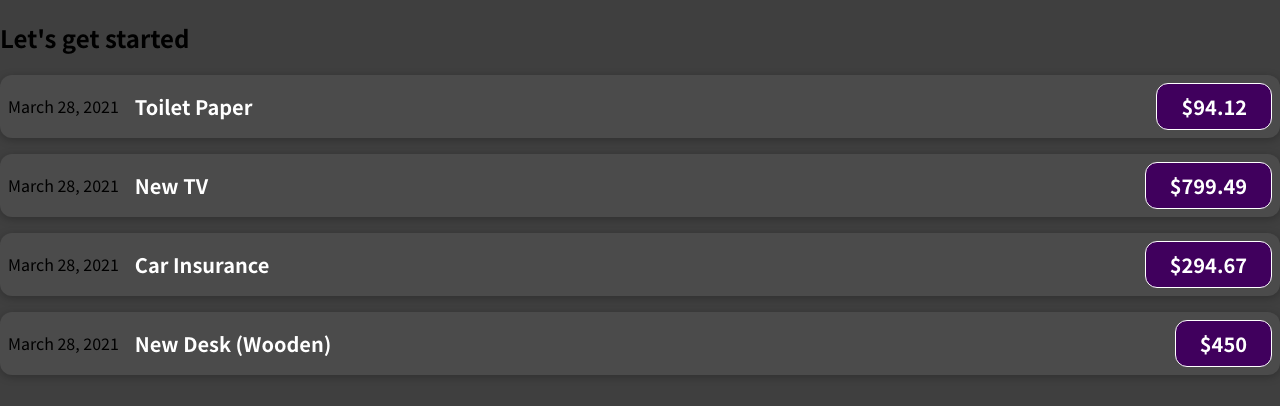
Repository: runner855/expense-tracker
Page: /
An editor plug-in stored every save of this project. The page is shown before and after a run of saves, followed by the edit.
The browser window is 1280 px wide. The pictures show the whole page.
The project was rebuilt for these pictures with package versions that can differ from the ones it lists, and the page was loaded fresh each time.

Above is the page before, as saved 2022-09-02 12:09:30.

### src/index.js
import React from 'react';
import ReactDOM from 'react-dom/client';
import './styles/index.css';
import App from './components/App';

const root = ReactDOM.createRoot(document.getElementById('root'));
root.render(
  <React.StrictMode>
    <App />
  </React.StrictMode>
);

### src/components/App.js
import React from 'react';
import ExpenseItem from '../components/ExpenseItem';


const App = () => {


  const expenses = [
    {
      id: 'e1',
      title: 'Toilet Paper',
      amount: 94.12,
      date: new Date(2020, 7, 14),
    },
    { id: 'e2', title: 'New TV', amount: 799.49, date: new Date(2021, 2, 12) },
    {
      id: 'e3',
      title: 'Car Insurance',
      amount: 294.67,
      date: new Date(2021, 2, 28),
    },
    {
      id: 'e4',
      title: 'New Desk (Wooden)',
      amount: 450,
      date: new Date(2021, 5, 12),
    },
  ];

  return (
    <div className="App">
      <h2>Let's get started</h2>
      <ExpenseItem title={expenses[0].title} amount={expenses[0].amount} date={expenses[0].date} />
      <ExpenseItem title={expenses[1].title} amount={expenses[1].amount} date={expenses[1].date} />
      <ExpenseItem title={expenses[2].title} amount={expenses[2].amount} date={expenses[2].date} />
      <ExpenseItem title={expenses[3].title} amount={expenses[3].amount} date={expenses[3].date} />



    </div>
  );
}

export default App;

### src/components/ExpenseItem.js
import React from 'react';
import '../styles/ExpenseItem.css'
import moment from 'moment';


const ExpenseItem = (props) => {
  console.log(props)
  const expenseDate = new Date(2021, 2, 28);
  const formattedDate = moment(expenseDate).format('LL')
  const expenseTitle = 'Car Insurance';
  const expenseAmount = 294.67;
  return (
    <div className='expense-item'>
      <div>{formattedDate}</div>
      <div className='expense-item__description'>
        <h2>{props.title}</h2>
        <div className='expense-item__price'>${props.amount}</div>
      </div>
    </div>
  );
}

export default ExpenseItem;

### src/styles/ExpenseItem.css
.expense-item {
  display: flex;
  justify-content: space-between;
  align-items: center;
  box-shadow: 0 2px 8px rgba(0, 0, 0, 0.25);
  padding: 0.5rem;
  margin: 1rem 0;
  border-radius: 12px;
  background-color: #4b4b4b;
}

.expense-item__description {
  display: flex;
  flex-direction: column;
  gap: 1rem;
  align-items: flex-end;
  flex-flow: column-reverse;
  justify-content: flex-start;
  flex: 1;
}

.expense-item h2 {
  color: #3a3a3a;
  font-size: 1rem;
  flex: 1;
  margin: 0 1rem;
  color: white;
}

.expense-item__price {
  font-size: 1rem;
  font-weight: bold;
  color: white;
  background-color: #40005d;
  border: 1px solid white;
  padding: 0.5rem;
  border-radius: 12px;
}

@media (min-width: 580px) {
  .expense-item__description {
    flex-direction: row;
    align-items: center;
    justify-content: flex-start;
    flex: 1;
  }

  .expense-item__description h2 {
    font-size: 1.25rem;
  }

  .expense-item__price {
    font-size: 1.25rem;
    padding: 0.5rem 1.5rem;
  }
}

Loaded but not shown: public/index.html (common file); src/styles/index.css (common file)

After the next 3 saves:
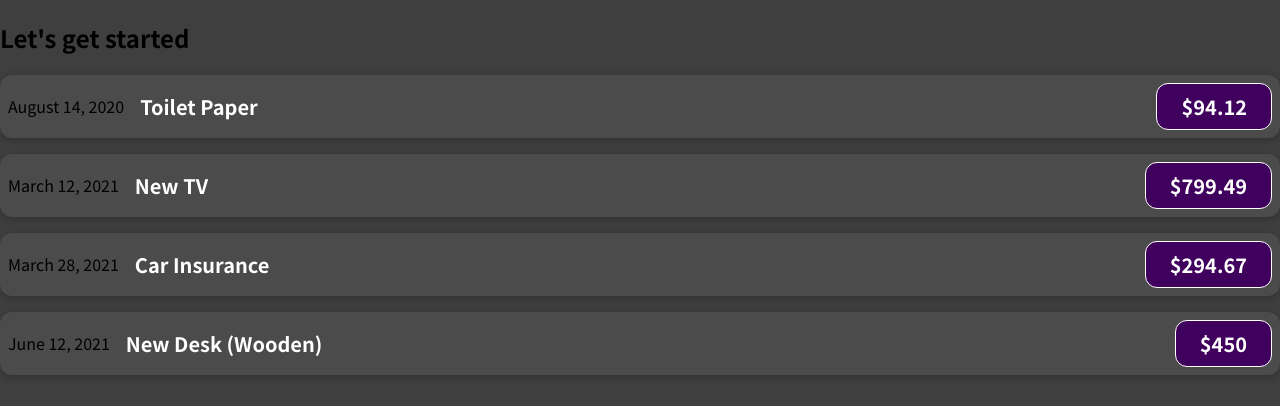
The 3 saves are shown as one change because 2 did not build or start.
The last was saved 4 min 47 s later.
--- a/src/components/ExpenseItem.js
+++ b/src/components/ExpenseItem.js
@@ -11,7 +11,7 @@ const ExpenseItem = (props) => {
   const expenseAmount = 294.67;
   return (
     <div className='expense-item'>
-      <div>{formattedDate}</div>
+      <div>{moment(props.date).format('LL')}</div>
       <div className='expense-item__description'>
         <h2>{props.title}</h2>
         <div className='expense-item__price'>${props.amount}</div>
